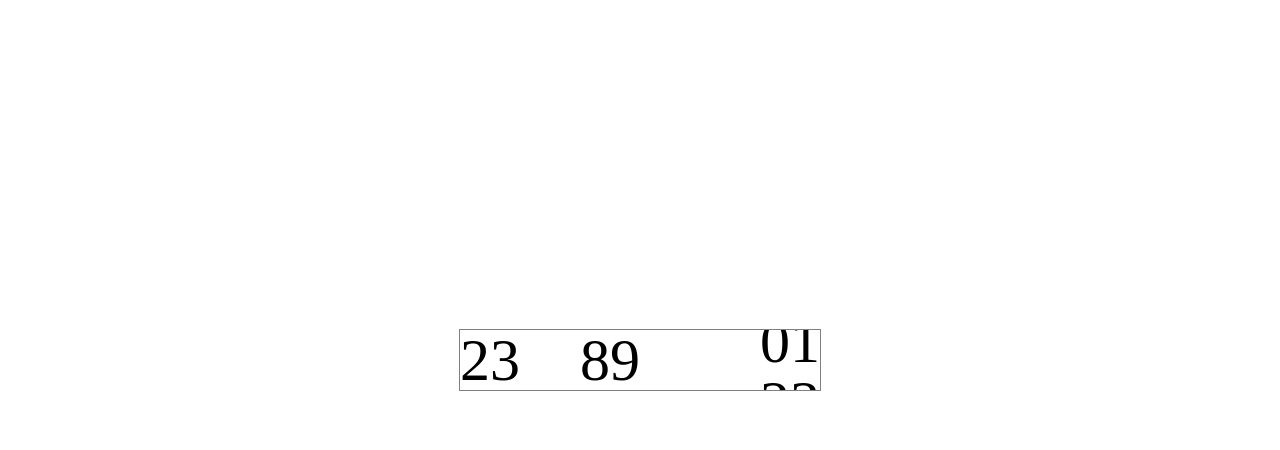
Repository: cbtpro/javascript
Page: src/animation-time/index.html
The author's editor kept a copy of each file at every save. The page is drawn from the files as they stood at one save, then again after the next save.
The browser window is 1280 px wide. The pictures show the whole page.

Above is the page before, as saved 2023-04-05 17:40:25.

After the next save:
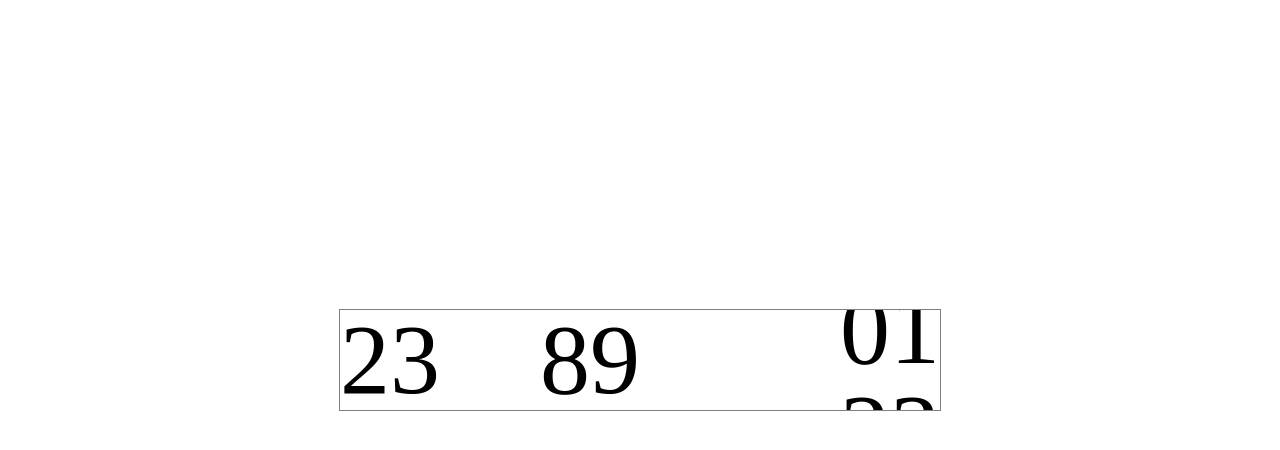
Saved 13 s later.
--- a/src/animation-time/index.html
+++ b/src/animation-time/index.html
@@ -16,7 +16,7 @@
 
     .container {
       position: absolute;
-      font-size: 60px;
+      font-size: 100px;
       /* box-sizing: border-box; */
       top: 50%;
       left: 50%;
